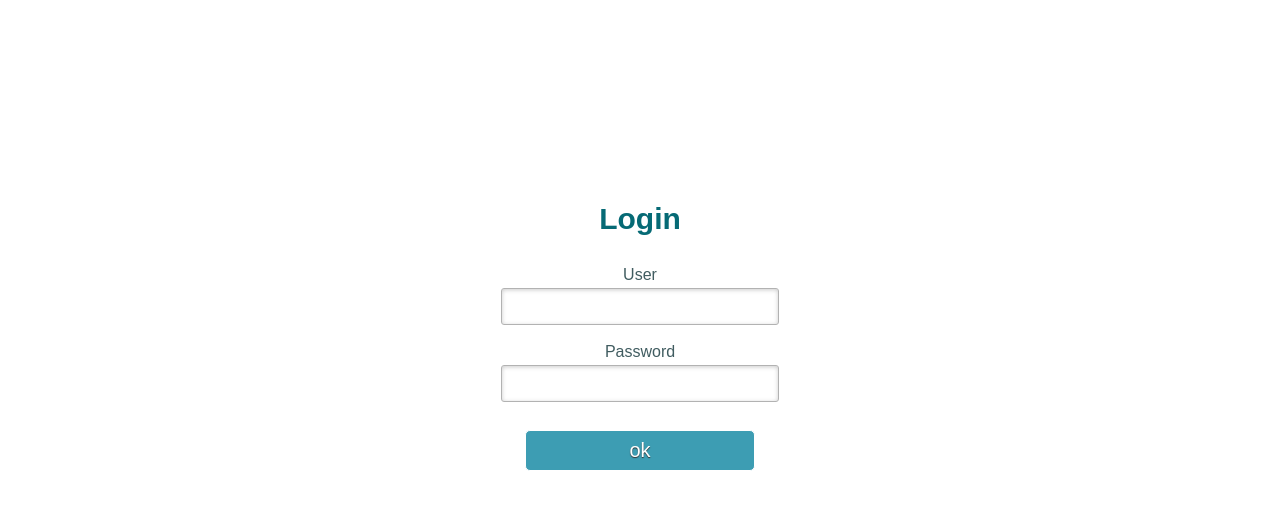
Repository: fontanive12/Biblioteca
Page: front/login.html
The author's editor kept a copy of each file at every save. The page is drawn from the files as they stood at one save, then again after the next save.
The browser window is 1280 px wide. The pictures show the whole page.

Above is the page before, as saved 2022-09-07 18:02:44.

### front/login.html
<!DOCTYPE html>
<html lang="en">

<head>
    <meta charset="UTF-8">
    <meta http-equiv="X-UA-Compatible" content="IE=edge">
    <meta name="viewport" content="width=device-width, initial-scale=1.0">
    <link rel="stylesheet" href="login.css">
    <title>Document</title>
</head>

<body>
    <div class="containerLogin">
        <h1>Login</h1>
        <div class="containerLabel">
            <div class="lineLogin">
                <label for="userLogin">User</label>
                <br />
                <input id="userLogin">
            </div>
            <br />
            <div class="lineLogin">
                <label for="passwordLogin">Password</label>
                <br />
                <input type="password" name="passwordLogin" id="passwordLogin">
            </div>
            <br />
            <button id="button" onclick="checkTable()">ok</button>
        </div>
    </div>

</body>
<script src="login.js"></script>
<script src="https://unpkg.com/axios/dist/axios.min.js"></script>

</html>

### front/login.css
/* CSS reset */
*, *:before, *:after {
    margin:0;
    padding:0;
    font-family: Arial,sans-serif;
  }

  /* remove a linha dos links */
  a{
    text-decoration: none;
  }

  /* esconde as ancoras da tela */
  a.links{
    display: none;
  }

  .containerLogin {
    text-align: center;
    margin-top: 200px;
  }

  .content{
    width: 500px;
    min-height: 560px;
    margin: 0px auto;
    position: relative;
  }

  h1{
    font-size: 30px;
    color: #066a75;
    padding: 2px 0 10px 0;
    font-family: Arial,sans-serif;
    font-weight: bold;
    text-align: center;
    padding-bottom: 30px;
  }



  p{
    margin-bottom:15px;
  }

  .content p:first-child{
    margin: 0px;
  }

  label{
    color: #405c60;
    position: relative;
  }

  /* placeholder */
::-webkit-input-placeholder  {
    color: #bebcbc;
    font-style: italic;
  }

  input:-moz-placeholder,
  textarea:-moz-placeholder{
    color: #bebcbc;
    font-style: italic;
  }

  input {
    outline: none;
  }

  /*estilo dos input,  menos o checkbox */
  input:not([type="checkbox"]){
    width: 20%;
    margin-top: 4px;
    padding: 10px;
    border: 1px solid #b2b2b2;

    -webkit-border-radius: 3px;
    border-radius: 3px;

    -webkit-box-shadow: 0px 1px 4px 0px rgba(168, 168, 168, 0.6) inset;
    box-shadow: 0px 1px 4px 0px rgba(168, 168, 168, 0.6) inset;

    -webkit-transition: all 0.2s linear;
    transition: all 0.2s linear;
  }

  /* estilo do botão submit */
  button{
    width: 18%!important;
    cursor: pointer;
    background: rgb(61, 157, 179);
    padding: 8px 5px;
    color: #fff;
    font-size: 20px;
    border: 1px solid #fff;
    margin-bottom: 10px;
    margin-top: 10px;
    text-shadow: 0 1px 1px #333;
    -webkit-border-radius: 5px;
    border-radius: 5px;
    transition: all 0.2s linear;
  }

### front/login.js
const ENDPOINT = "http://localhost:3000";

const checkTable = () => {
    axios.get(`${ENDPOINT}/users`)
        .then((response) => {
            if (response.status === 200) {
                const data = response.data;

                const input1 = document.querySelector("#userLogin");
                const userLogin = input1.value;

                const input2 = document.querySelector("#passwordLogin");
                const passwordLogin = input2.value;

                let validation = false;

                for (let i = 0; i < data.length; i++) {

                    if (userLogin === data[i].email && passwordLogin === data[i].password) {
                        validation = true;
                    }
                }

                if (validation === true) {
                    window.location.href = "initialPage.html";
                } else {
                    alert('error')
                }

                console.log(data)
            }
        })
};

After the next save:
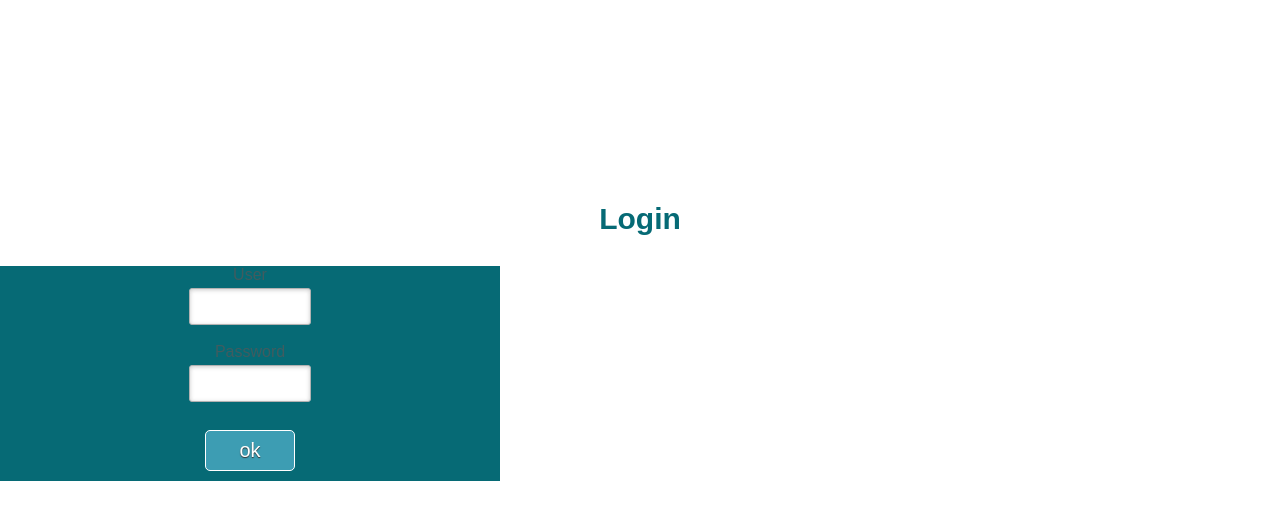
Saved 39 s later.
--- a/front/login.css
+++ b/front/login.css
@@ -3,6 +3,11 @@
     margin:0;
     padding:0;
     font-family: Arial,sans-serif;
+  }
+
+  .containerLabel {
+    width: 500px;
+    background-color: #066a75;
   }
 
   /* remove a linha dos links */
